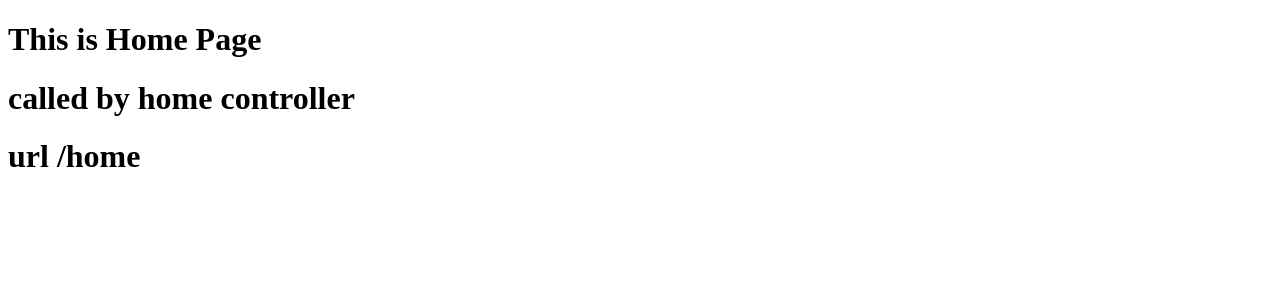
Repository: Sambit-23/Development
Page: http://localhost/springmvc/home
The author's editor kept a copy of each file at every save. The page is drawn from the files as they stood at one save, then again after a run of saves.
The browser window is 1280 px wide. The pictures show the whole page.
The page is served by Tomcat 9. Other server files are loaded and not shown.

Above is the page before, as saved 2023-06-05 08:43:35.

### springmvc/src/main/webapp/WEB-INF/spring-servlet.xml
<?xml version="1.0" encoding="UTF-8"?>
<beans xmlns="http://www.springframework.org/schema/beans"
	xmlns:xsi="http://www.w3.org/2001/XMLSchema-instance"
	xmlns:context="http://www.springframework.org/schema/context"
	xmlns:p="http://www.springframework.org/schema/p"
	xsi:schemaLocation="http://www.springframework.org/schema/beans
    http://www.springframework.org/schema/beans/spring-beans.xsd
    http://www.springframework.org/schema/context
    http://www.springframework.org/schema/context/spring-context.xsd">

<context:component-scan base-package="springmvc.controller"></context:component-scan>
<bean class="org.springframework.web.servlet.view.InternalResourceViewResolver" name="viewResolver">
  <property name="prefix" value="/WEB-INF/views/" />
  <property name="suffix" value=".jsp" />
</bean>

</beans>

<!-- /WEB-INF/views/hello.jsp -->

### springmvc/src/main/webapp/WEB-INF/views/index.jsp
<%@ page language="java" contentType="text/html; charset=ISO-8859-1"
	pageEncoding="ISO-8859-1"%>
<!DOCTYPE html>
<html>
<head>
<meta charset="ISO-8859-1">
<title>Home Page</title>
</head>
<body>
	<h1>This is Home Page</h1>
	<h1>called by home controller</h1>
	<h1>url /home</h1>
</body>
</html>

### springmvc/src/main/java/springmvc/controller/HomeController.java
package springmvc.controller;

import org.springframework.stereotype.Controller;
import org.springframework.web.bind.annotation.RequestMapping;

@Controller
public class HomeController {

	@RequestMapping("/home")
	public String home() {
		System.out.println("this is home url");
		return "index";
	}

	@RequestMapping("/about")
	public String about() {
		System.out.println("this is about url");
		return "about";
	}

}

After the next 2 saves:
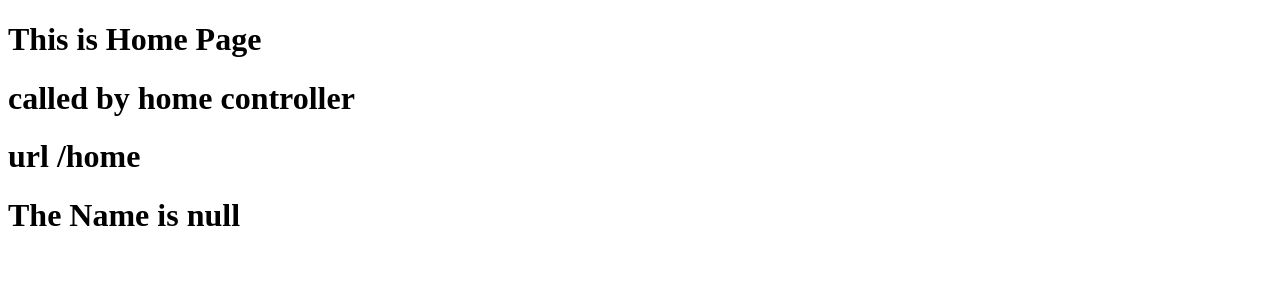
The 2 saves are shown as one change because 1 did not build or start.
The last was saved 59 min 1 s later.
--- a/springmvc/src/main/webapp/WEB-INF/views/index.jsp
+++ b/springmvc/src/main/webapp/WEB-INF/views/index.jsp
@@ -10,5 +10,11 @@
 	<h1>This is Home Page</h1>
 	<h1>called by home controller</h1>
 	<h1>url /home</h1>
+
+	<%
+	String name=(String)request.getAttribute("name");
+	%>
+
+	<h1>The Name is <%=name%> </h1>
 </body>
 </html>
